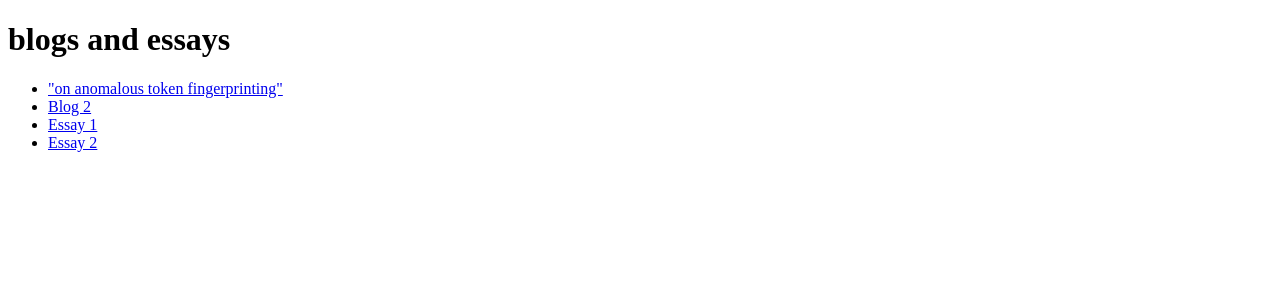
Repository: yellowspots/geneweb
Page: blogsandessays.html
An editor plug-in stored every save of this project. The page is shown before and after the next save, followed by the edit.
The browser window is 1280 px wide. The pictures show the whole page.

Above is the page before, as saved 2024-05-01 21:37:22.

After the next save:
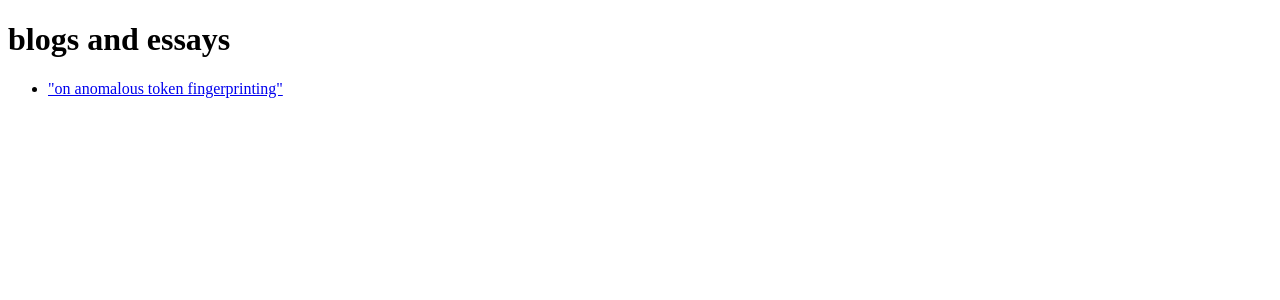
Saved 7 s later.
--- a/blogsandessays.html
+++ b/blogsandessays.html
@@ -7,9 +7,6 @@
     <h1>blogs and essays</h1>
     <ul>
         <li><a href="https://medium.com/@yerbymatey/on-anomalous-token-fingerprinting-the-gpt-4-5-hypetrain-and-reading-between-the-lines-26c5d2c9e88b">"on anomalous token fingerprinting"</a></li>
-        <li><a href="blog2.html">Blog 2</a></li>
-        <li><a href="essay1.html">Essay 1</a></li>
-        <li><a href="essay2.html">Essay 2</a></li>
     </ul>
 </body>
 </html>
